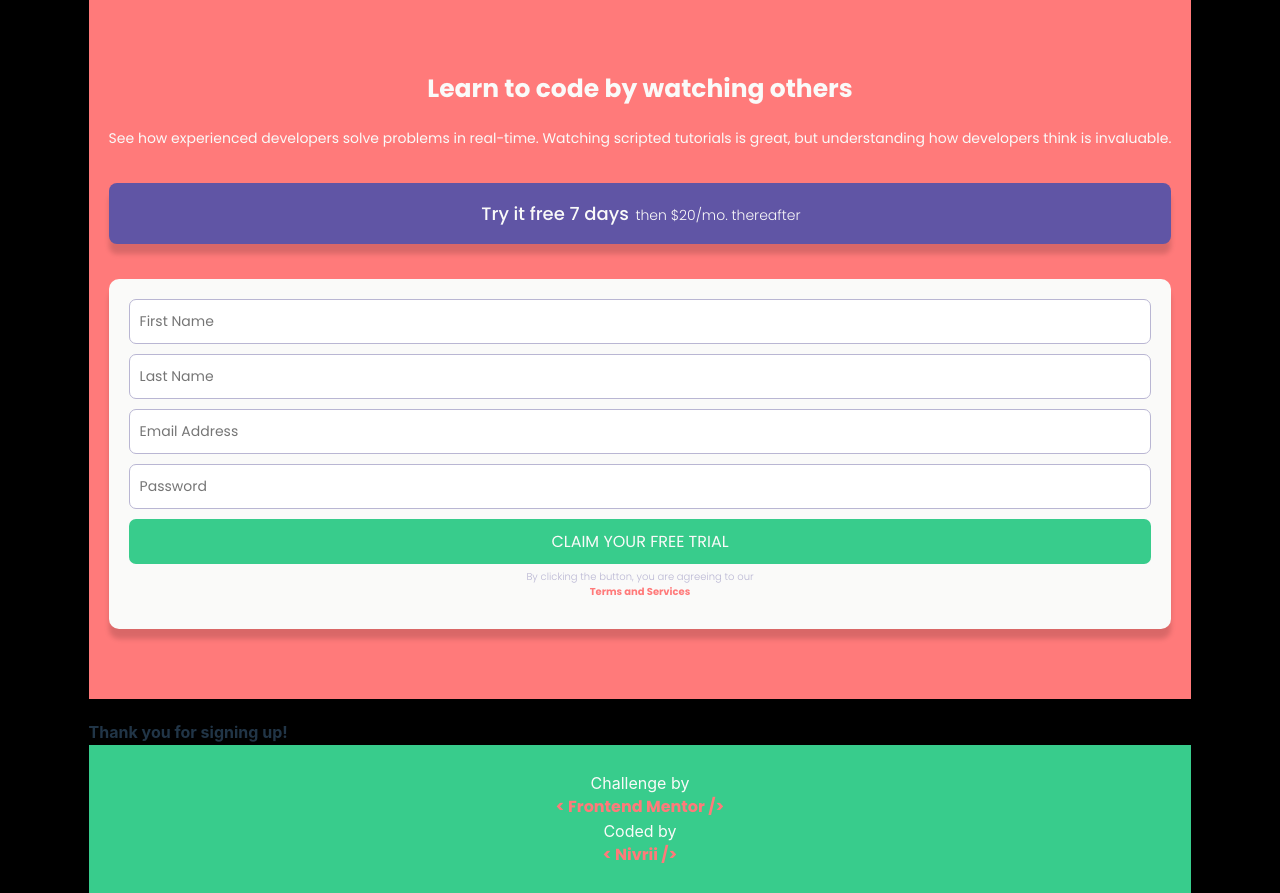
Repository: nivrii/intro-component-with-signup
Page: /
An editor plug-in stored every save of this project. The page is shown before and after the next save, followed by the edit.
The browser window is 1280 px wide. The pictures show the whole page.
The project was rebuilt for these pictures with package versions that can differ from the ones it lists, and the page was loaded fresh each time. Also part of the build but not shown: vite.config.js.

Above is the page before, as saved 2023-10-14 13:56:20.

### src/App.jsx
import { Footer } from './Footer/Footer';
import { Form } from './Form/Form';
import { Card } from './Card/Card';
import { Content } from './Content/Content';
import "./App.css";

function App() {

  return (
    <>
      <div className="container">
        <Content     />
        <Card     />
        <Form   />
      </div>
      <div className="success">
        <h4>Thank you for signing up!</h4>
        <p>

        </p>
      </div>
      <Footer    />
    </>
  );
}

export default App;

### src/Footer/Footer.jsx
import "./Footer.css";
export function Footer() {
  const frontend = '< Frontend Mentor />';
  const coder = "< Nivrii />";
  return (
    <footer>
      <p className="attribution">
        Challenge by{" "}
        <a
          href="https://www.frontendmentor.io?ref=challenge"
          target="_blank"
          rel="noreferrer"
        >
          {frontend}
        </a>
         Coded by{" "}
        <a href="https://github.com/nivrii/intro-component-with-signup">
          {coder}
        </a>
      </p>
    </footer>
  );
}

### src/Form/Form.jsx
import "./Form.css";
import { useState } from "react";
import errorIcon from "../../public/images/icon-error.svg";

export function Form() {
  const [fName, setFName] = useState("");
  const [lName, setLName] = useState("");
  const [email, setEmail] = useState("");
  const [password, setPassword] = useState("");

  const [fNameEmpty, setFNameEmpty] = useState(false);
  const [lNameEmpty, setLNameEmpty] = useState(false);
  const [emailEmpty, setEmailEmpty] = useState(false);
  const [passEmpty, setPassEmpty] = useState(false);

  const handleFirstName = (e) => {
    e.preventDefault();
    let value = e.target.value;
    value === "" ? setFNameEmpty(true) : setFNameEmpty(false);
    setFName(value);
  };
  const handleLastName = (e) => {
    e.preventDefault();
    let value = e.target.value;
    value === "" ? setLNameEmpty(true) : setLNameEmpty(false);
    setLName(value);
  };
  const handleEmail = (e) => {
    e.preventDefault();
    let value = e.target.value;
    value === "" ? setEmailEmpty(true) : setEmailEmpty(false);
    setEmail(value);
  };
  const handlePassword = (e) => {
    e.preventDefault();
    let value = e.target.value;
    value === "" ? setPassEmpty(true) : setPassEmpty(false);

    setPassword(value);
  };
  const handleSubmit = (e) => {
    e.preventDefault();
    if (fName === "") {
      setFNameEmpty(true);
      document.querySelector(".fName-input").classList.add("input-error");
      return
    }
    if (lName === "") {
      setLNameEmpty(true);
      document.querySelector(".lName-input").classList.add("input-error");
      return
    }
    if (email === "") {
      setEmailEmpty(true);
      document.querySelector(".email-input").classList.add("input-error");
      return
    }
    if (password === "") {
      setPassEmpty(true);
      document.querySelector(".password-input").classList.add("input-error");
      return
    }
     else {
      setFName("");
      setEmail("");
      setLName("");
      setPassword("");
      document.querySelector(".container").classList.add("close")
    }
    console.log(fName, lName, email, password)
  };

  return (
    <form action="submit" className="form" onSubmit={(e) => e.preventDefault()}>
      <div className="input-enclose">
        {fNameEmpty && (
          <img src={errorIcon} alt="error-icon" className="error-icon" />
        )}
        <input
          type="text"
          placeholder="First Name"
          value={fName}
          className="input fName-input"
          onChange={(e) => handleFirstName(e)}
          onKeyDown={() =>
            document
              .querySelector(".fName-input")
              .classList.remove("input-error")
          }
        />
        <div className="err-enclose">
          {fNameEmpty && (
            <div className=" err err-fName">First Name Cannot Be Empty</div>
          )}
        </div>
      </div>

      <div className="input-enclose">
        {lNameEmpty && (
          <img src={errorIcon} alt="error-icon" className="error-icon" />
        )}
        <input
          type="text"
          placeholder="Last Name"
          value={lName}
          className="input lName-input"
          onChange={(e) => handleLastName(e)}
          onKeyDown={() =>
            document
              .querySelector(".lName-input")
              .classList.remove("input-error")
          }
        />
        <div className="err-enclose">
          {lNameEmpty && (
            <div className=" err err-lName">Last Name Cannot Be Empty</div>
          )}
        </div>
      </div>

      <div className="input-enclose">
        {emailEmpty && (
          <img src={errorIcon} alt="error-icon" className="error-icon" />
        )}
        <input
          type="email"
          placeholder="Email Address"
          value={email}
          className="input email-input"
          onChange={(e) => handleEmail(e)}
          onKeyDown={() =>
            document
              .querySelector(".email-input")
              .classList.remove("input-error")
          }
        />
        <div className="err-enclose">
          {emailEmpty && (
            <div className="err err-email">Email Cannot Be Empty</div>
          )}
          <div className=" err miss-email">
            That does not look like an email
          </div>
        </div>
      </div>

      <div className="input-enclose">
        {passEmpty && (
          <img src={errorIcon} alt="error-icon" className="error-icon" />
        )}
        <input
          type="password"
          placeholder="Password"
          value={password}
          className="input password-input"
          onChange={(e) => handlePassword(e)}
          onKeyDown={() =>
            document
              .querySelector(".password-input")
              .classList.remove("input-error")
          }
        />
        <div className="err-enclose">
          {passEmpty && (
            <div className="  err err-password">Password Cannot Be Empty</div>
          )}
        </div>
      </div>

      <button type="submit" className="btn" onClick={(e) => handleSubmit(e)}>
        Claim your free trial
      </button>
      <div className="pWrap">
        <p>By clicking the button, you are agreeing to our</p>
        <p>Terms and Services</p>
      </div>
    </form>
  );
}

### src/Card/Card.jsx
import "./Card.css";
export function Card() {
  return (
      <div className="card__content">
        <p><span>Try it free 7 days </span>
        then $20/mo. thereafter</p>
      </div>
  );
}

### src/Content/Content.jsx
import "./Content.css";
export function Content() {
  return (
    <div className="content">
      <h4>Learn to code by watching others</h4>
      <p>
        See how experienced developers solve problems in real-time. Watching
        scripted tutorials is great, but understanding how developers think is
        invaluable.
      </p>
    </div>
  );
}

### src/App.css
*{
  box-sizing: border-box;
  border: 0;
  padding: 0;
}
:root{
  /*Primary colors*/
  --red:hsl(0, 100%, 74%);
  --green: hsl(154, 59%, 51%);
  /*Accent colors*/
  --blue: hsl(248, 32%, 49%);
  --white:#FAFAF9;
  /*Neutral colors*/
  --dark-blue: hsl(249, 10%, 26%);
  --grayish-blue: hsl(246, 25%, 77%);
  /*typography*/
  --fSize: 14px;
  --w4: 400;
  --w5: 500;
  --w6: 600;
  --w7: 700;
}
@font-face {
  font-family: "Poppins-bold";
  src: url(./assets/Fonts/poppins/Poppins-Bold.otf) format("opentype");
}
@font-face {
  font-family: "Poppins-regular";
  src: url(./assets/Fonts/poppins/Poppins-Regular.otf) format("opentype");
}
@font-face {
  font-family: "Poppins-medium";
  src: url(./assets/Fonts/poppins/Poppins-Medium.otf) format("opentype");
}
@font-face {
  font-family: "Poppins-light";
  src: url(./assets/Fonts/poppins/Poppins-Light.otf) format("opentype");
}
body{
  display: flex;
  flex-direction: column;
  background-color:#000;
}
.UI{
  display: flex;
}
.container{
  display: flex;
  flex-direction: column;
  align-items: center;
  justify-content: center;
  width: 100%;
  background-color: var(--red);
  padding: 50px 20px 70px ;
  margin: 0;
}
.close{
  display: none;
}

### src/Footer/Footer.css
@import url(../App.css);

footer{
    width: 100%;
    height: 100%;
    background-color: var(--green) !important;
    margin: -20px 0 0;
    padding: 10px;
}
.attribution{
    color: var(--white);
    font-family: 'Poppins-regular' sans-serif;
    display: flex;
    flex-direction: column;
    text-align: center;
    & a{
        color:var(--red);
        font-family: 'Poppins-bold', sans-serif;
        text-decoration: none;
&:hover{
    color:var(--white);
    text-decoration: line-through;
}
    }
}

### src/Form/Form.css
@import url(../App.css);

.form {
  display: flex;
  flex-direction: column;
  background-color: var(--white);
  width: 100%;
  margin-top: 15px;
  padding: 20px;
  gap: 10px;
  border-radius: 10px;
  box-shadow: 0 10px 5px rgba(0, 0, 0, 0.15);
  & .input,
  .btn {
    height: 45px;
    width: 100%;
    border-radius: 7px;
    font-family: "Poppins-regular", sans-serif;
    -webkit-transition: 0.5s;
    transition: 0.5s;
  }
  & .input-error {
    border: 1px solid var(--red) !important;
    color: var(--red) !important;
    outline: none;
    &:focus {
      border: 2px solid var(--red) !important;
    }
    &::placeholder {
      color: var(--red);
    }
  }
  & .input-enclose {
    display: flex;
    flex-direction: column;
    .input {
      border: 1px solid var(--grayish-blue);
      padding-left: 10px;
      font-size: var(--fSize);
    }
    & .err-enclose {
      display: flex;
      justify-content: flex-end;
      align-items: center;
      & .err {
        display: block;
        color: var(--red);
        border-radius: 7px;
        height: 15px;
        width: auto;
        margin-left: calc(100% - width);
        padding: 5px;
        font-size: 10px;
        font-family: "Poppins-light", sans-serif;
      }
      & .miss-email {
        display: none;
      }
    }
    & .error-icon {
      position: absolute;
      padding: 2px;
      right: 50px;
      width: 25px;
      height: 25px;
      margin-top: 10px;
      margin-right: 10px;
    }
  }
  & .btn {
    background-color: var(--green);
    color: var(--white);
    text-transform: uppercase;
    transition-duration: 0.3s;
    transition-timing-function: ease;
    &:hover {
      transform: scale(1.05);
    }
  }
  & .pWrap {
    padding: 10px;
    text-align: center;
    margin-top: -15px;
    & * {
      margin: 0;
      font-size: 10px;
    }
    & p:nth-child(1) {
      font-family: "Poppins-light", sans-serif;
      color: var(--grayish-blue);
    }
    & p:nth-child(2) {
      font-family: "Poppins-bold", sans-serif;
      color: var(--red);
    }
  }
}

### src/Card/Card.css
@import url(../App.css);

.card__content{
    width: 100%;
    background-color: var(--blue);
    border-radius: 8px;
    padding: 15px 40px;
    margin: 20px 0;
    box-shadow: 0 10px 5px rgba(0, 0, 0, 0.15);
    & *{
        color: var(--white);
        text-align: center;
        margin: 2px;
    }& span{
        font-size: 18px;
        font-family: 'Poppins-medium', sans-serif;
    }
    & p{
        font-family: 'Poppins-light', sans-serif;
        font-size: var(--fSize);

    }
}

### src/Content/Content.css
@import url(../App.css);

.content {
  & * {
    color: var(--white);
    text-align: center;
  }
  & h4 {
    font-size: 25px;
    margin: 20px;
    font-family: 'Poppins-bold', sans-serif;
  }
  & p {
    font-size: var(--fSize);
    font-family: 'Poppins-regular', sans-serif;
  }
}

Loaded but not shown: index.html (common file); src/main.jsx (common file); src/index.css (common file)

After the next save:
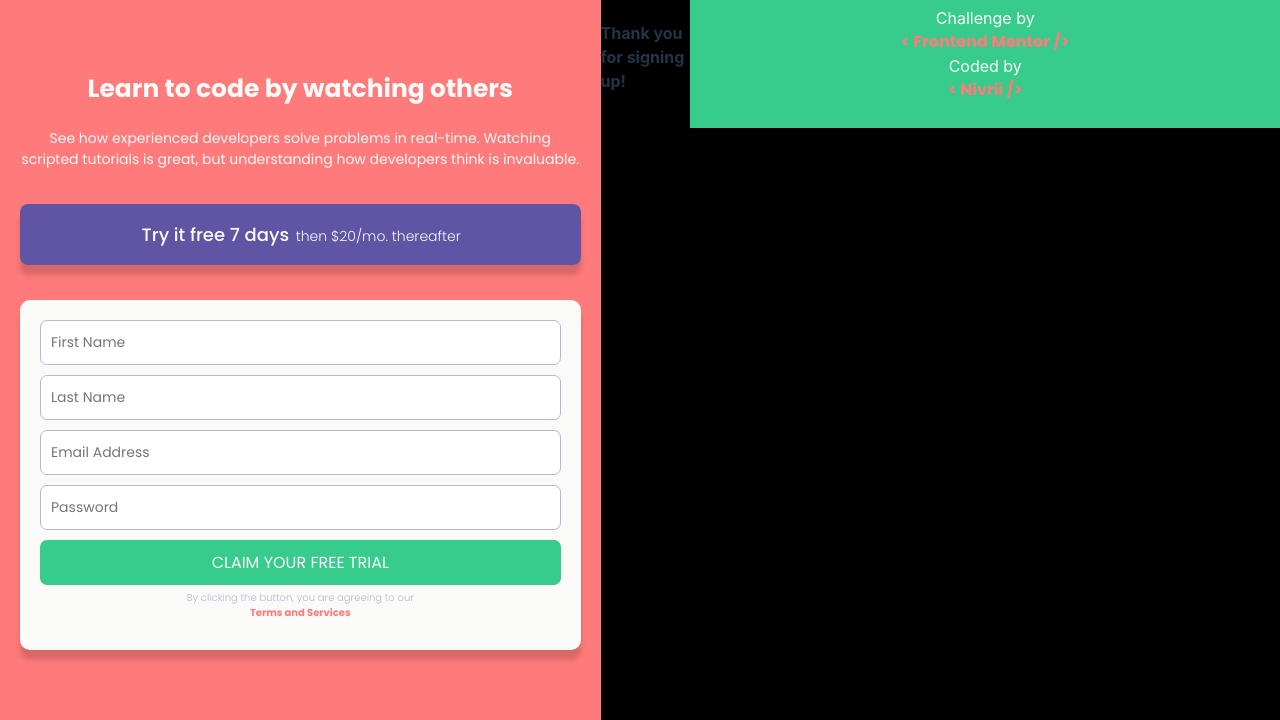
Saved 19 s later.
--- a/src/App.jsx
+++ b/src/App.jsx
@@ -7,7 +7,7 @@ import "./App.css";
 function App() {
 
   return (
-    <>
+    <div className='UI'>
       <div className="container">
         <Content     />
         <Card     />
@@ -20,7 +20,7 @@ function App() {
         </p>
       </div>
       <Footer    />
-    </>
+    </div>
   );
 }
 

After the save that followed:
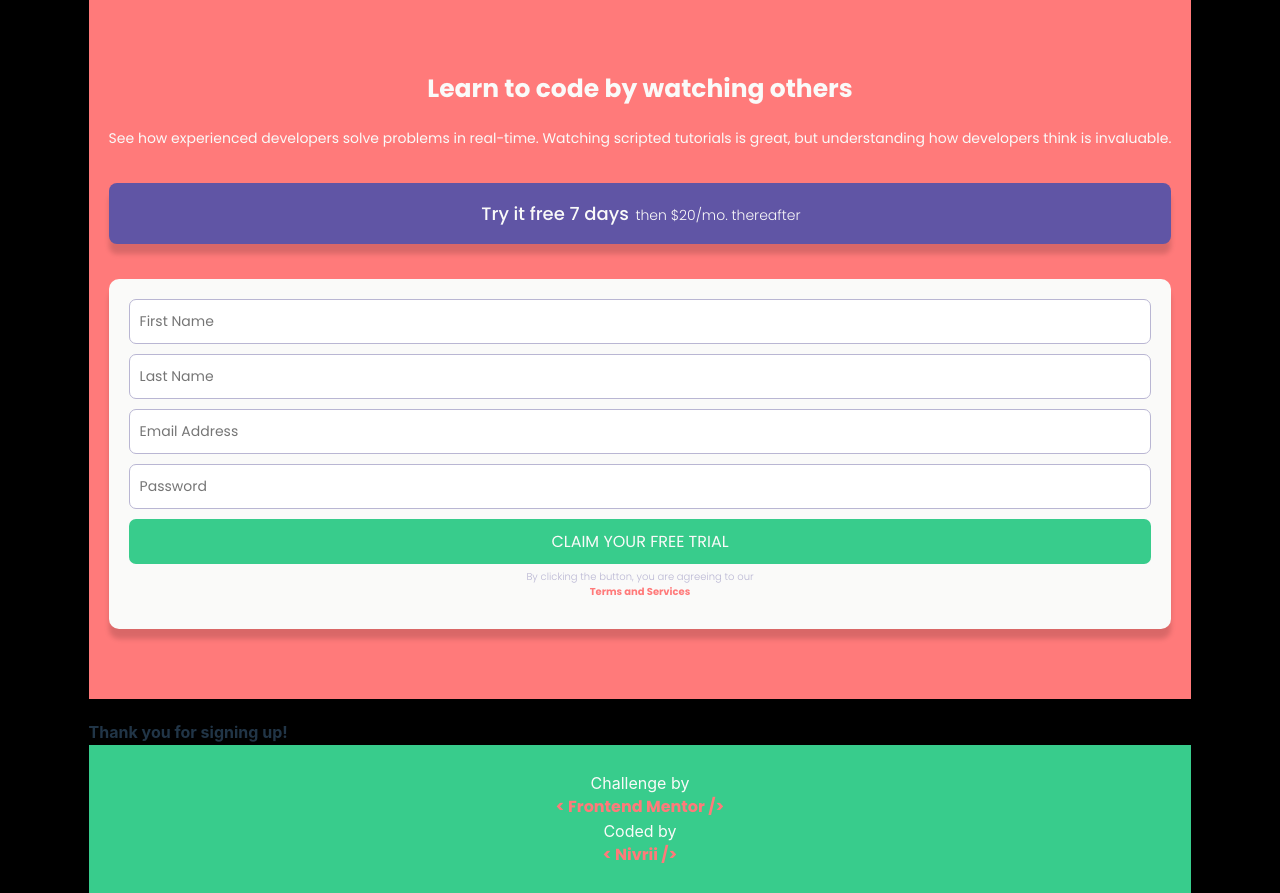
Saved 10 s later.
--- a/src/App.css
+++ b/src/App.css
@@ -43,6 +43,7 @@ body{
 }
 .UI{
   display: flex;
+  flex-direction: column;
 }
 .container{
   display: flex;
